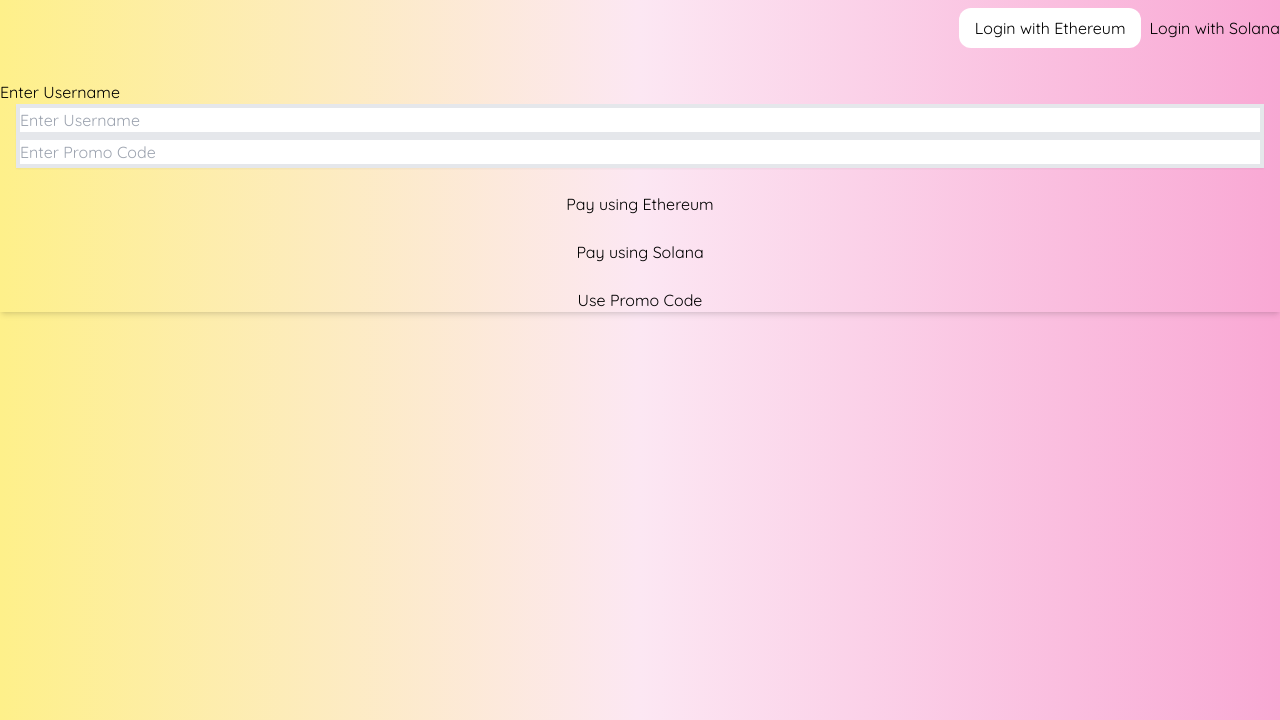
Repository: 22shivam/Polychain
Page: / (app in frontend/)
The author's editor kept a copy of each file at every save. The page is drawn from the files as they stood at one save, then again after the next save.
The browser window is 1280 px wide. The pictures show the whole page.
The page's requests for data from a server got no answer. The project was rebuilt for these pictures with package versions that can differ from the ones it lists, and the page was loaded fresh each time. The framework's server and built-in components were replaced by stand-ins that run in the browser. No one was signed in, and anything a server would have sent is missing. Also part of the build but not shown: frontend/next.config.js.

Above is the page before, as saved 2022-01-01 11:43:59.

### frontend/pages/_app.js
import React from 'react';
import '../styles/globals.css'
import { useState, createContext } from 'react';

const UserContext = createContext({
  userAccount: "",
  setUserAccount: () => { }
});

function MyApp({ Component, pageProps }) {
  const [userAccount, setUserAccount] = useState({});
  const value = { userAccount, setUserAccount };
  console.log(userAccount)


  return (
    <UserContext.Provider value={value}>
      <Component {...pageProps} />
    </UserContext.Provider>
  )
}

export default MyApp
export { UserContext };

### frontend/pages/_document.js
import Document, { Html, Head, Main, NextScript } from 'next/document'

class MyDocument extends Document {
    render() {
        return (
            <Html>
                <Head>
                    <link rel="preconnect" href="https://fonts.googleapis.com" />
                    <link rel="preconnect" href="https://fonts.gstatic.com" crossorigin />
                    <link href="https://fonts.googleapis.com/css2?family=Quicksand:wght@300;400;500;600;700&display=swap" rel="stylesheet" />
                </Head>
                <body className='bg-gradient-to-r from-yellow-200 via-pink-100 to-pink-300'>
                    <Main />
                    <NextScript />
                </body>
            </Html>
        )
    }
}

export default MyDocument

### frontend/pages/index.js
import { useState, useEffect, useContext } from "react";
import transferSOL from "../lib/transferSol";
import transferEth from "../lib/transferEth";
import createPostRequest from "../lib/createPostRequest";
import { ethers } from "ethers";
import Link from 'next/link'
import getSolanaProvider from "../lib/getSolanaProvider";
import { UserContext } from "./_app";
import * as web3 from "@solana/web3.js";

export default function App() {
    console.log("rerendering")
    const [username, setUsername] = useState("")
    const [promoCode, setPromoCode] = useState("");
    const { userAccount, setUserAccount } = useContext(UserContext);

    const handleLogout = async () => {
        console.log(userAccount.blockchain)
        if (userAccount.blockchain == "sol") {
            window.solana.disconnect()
        }
        const response = await fetch("http://localhost:3001/logout", {
            credentials: 'include'
        })

        const processedResponse = await response.json()
        console.log(processedResponse)
        setUserAccount({})
    }

    useEffect(() => {
        // ask them to login either through solana or eth
        (async () => {
            console.log("fetching username details")
            const response = await fetch("http://localhost:3001/isLoggedIn", {
                credentials: 'include'
            })
            const processedResponse = await response.json()
            console.log("processedResponse", processedResponse)
            if (!processedResponse.isLoggedIn) {
                return console.log("please login first")
            } else {
                setUserAccount({ address: processedResponse.address, blockchain: processedResponse.blockchain })
            }
        })()
    }, [])

    useEffect(() => {
        if (window.ethereum) {
            window.ethereum.on('accountsChanged', handleLogout);
        }
        if (window.solana) {
            window.solana.on("disconnect", handleLogout)
        }
        return () => {
            if (window.ethereum) {
                window.ethereum.removeListener('accountsChanged', handleLogout);
            }
            if (window.solana) {
                window.solana.removeListener("disconnect", handleLogout);
            }
        }
    }, [])

    const registerUsingPromoCode = async (e) => {

        if (!window.ethereum)
            throw new Error("No Ethereum Crypto wallet found. Please install it.");
        // await window.ethereum.send("eth_requestAccounts");
        // const accounts = await window.ethereum.request({ method: 'eth_accounts' });
        if (!userAccount.address) {
            // ask them to login either through solana or eth
            return console.log("please login first")
        }

        const requestObject = {
            username,
            promoCode,
            address: userAccount.address,
            blockchain: userAccount.blockchain
        }

        try {
            const registrationResponse = await createPostRequest("http://localhost:3001/register/promo", requestObject)
            console.log(registrationResponse)
        } catch (err) { console.log("registration failed:", err) }

    }

    const registerUsingSolana = async (e) => {
        const coinbaseResponse = await fetch("https://api.coinbase.com/v2/exchange-rates")
        const data = await coinbaseResponse.json()
        const solPerUSD = data.data.rates.SOL
        const SOLpayValue = solPerUSD * 5
        const hash = await transferSOL(SOLpayValue, "AA6bqLgTzYPpFFH2R9XLdudibWcemLkKDRtZmPQEsEiS", setUserAccount);
        if (!hash) { return }

        const requestObject = {
            hash,
            username
        }

        try {
            const registrationResponse = await createPostRequest("http://localhost:3001/register/sol", requestObject)
            console.log(registrationResponse)
        } catch (err) { console.log("registration failed:", err) }


    }

    const registerUsingEthereum = async (e) => {
        // make get request to https://api.coinbase.com/v2/exchange-rates
        // get the USD value of ETH
        const coinbaseResponse = await fetch("https://api.coinbase.com/v2/exchange-rates")
        const data = await coinbaseResponse.json()
        const ethPerUSD = data.data.rates.ETH
        const ETHpayValue = ethPerUSD * 5

        const tx = await transferEth({
            ether: ETHpayValue.toString(),
            addr: "0x76aEB5092D8eabCec324Be739b8BA5dF473F0055"
        }, setUserAccount)
        if (!tx) { return }

        const requestObject = {
            tx,
            username
        }
        try {
            const registrationResponse = await createPostRequest("http://localhost:3001/register/eth", requestObject)
            console.log(registrationResponse)
        } catch (err) { console.log("registration failed:", err) }
    }

    const ethLogin = async (e) => {
        try {
            if (!window.ethereum)
                throw new Error("No Ethereum Crypto wallet found. Please install it.");
            // await window.ethereum.send("eth_requestAccounts");
            // const accounts = await window.ethereum.request({ method: 'eth_accounts' });
            const accounts = await window.ethereum.request({
                method: "wallet_requestPermissions",
                params: [{
                    eth_accounts: {}
                }]
            }).then(() => ethereum.request({
                method: 'eth_requestAccounts'
            }))
            // const accounts = await ethereum.request({ method: "eth_requestAccounts" })
            const provider = new ethers.providers.Web3Provider(window.ethereum);
            const signer = provider.getSigner();
            const message = `Logging in.... \n \n Random ID: ${Math.random().toString(36).slice(2)}`
            const signature = await signer.signMessage(message)
            const requestObject = {
                signature,
                message,
                address: accounts[0]
            }
            const loginResponse = await createPostRequest("http://localhost:3001/login/eth", requestObject)

            if (loginResponse.success) {
                setUserAccount({ address: accounts[0], blockchain: "eth" })
            }

            console.log(loginResponse)
        } catch (err) { console.log(err) }

    }

    const solLogin = async (e) => {
        try {
            const provider = await (async () => {
                if ("solana" in window) {
                    // await window.solana.request({ method: "disconnect" });
                    await window.solana.connect();
                    const provider = window.solana;
                    console.log("Is Phantom installed?  ", provider.isPhantom);
                    return provider
                } else {
                    window.open("https://www.phantom.app/", "_blank");
                }
            })()
            const message = `Logging in.... \n \n Random ID: ${Math.random().toString(36).slice(2)}`
            const encodedMessage = new TextEncoder().encode(message);
            const signedMessage = await window.solana.signMessage(encodedMessage, "utf8")
            console.log(JSON.parse(JSON.stringify(signedMessage.publicKey)).toString())
            console.log(signedMessage.publicKey.toBase58()) // returns publickey in base58.
            console.log(new web3.PublicKey(signedMessage.publicKey.toBase58()))
            console.log(Object.getPrototypeOf(signedMessage.publicKey))
            console.log(signedMessage.publicKey)
            console.log(signedMessage.publicKey)
            console.log(signedMessage.publicKey._bn)
            console.log(signedMessage)
            console.log(JSON.stringify(signedMessage))


            const requestObject = {
                signedMessage: signedMessage,
                message,
                address: signedMessage.publicKey.toBytes(),
                publicKey: signedMessage.publicKey.toBase58()

            }
            const loginResponse = await createPostRequest("http://localhost:3001/login/sol", requestObject)

            if (loginResponse.success) {
                setUserAccount({ address: signedMessage.publicKey.toString(), blockchain: "sol" })
            }

            console.log(loginResponse)
        } catch (err) { console.log(err) }
    }


    return (
        <div className="flex flex-col shadow-md">
            <div className="flex flex-row" id="nav_bar">
                <div className="grow-0" id="left_nav_bar"> </div>
                <div className="grow" id="spacer">  </div>
                <div className="grow-0" id="right_nav_bar">
                    {userAccount.address ?
                        <div>
                            <h1><Link href="/dashboard">Dashboard</Link></h1>
                            <button onClick={handleLogout}>Logout</button>
                        </div>
                        : (
                            <div>
                                <button className="px-4 py-2 hover:shadow-md bg-white rounded-xl m-2" onClick={ethLogin}>Login with Ethereum</button>
                                <button onClick={solLogin}>Login with Solana</button>
                            </div>
                        )}


                </div>
            </div>

            <br />
            <h1> Enter Username </h1>
            <input value={username} onChange={(e) => { setUsername(e.target.value) }} className="shadow-sm mr-4 ml-4 border-4" name="ether" type="text" placeholder="Enter Username" />
            <input value={promoCode} onChange={(e) => { setPromoCode(e.target.value) }} className="shadow-sm mr-4 ml-4 border-4" name="ether" type="text" placeholder="Enter Promo Code" />
            <br />
            <button onClick={registerUsingEthereum}>Pay using Ethereum</button>
            <br />
            <button onClick={registerUsingSolana}>Pay using Solana</button>
            <br />
            <button onClick={registerUsingPromoCode}>Use Promo Code</button>
        </div>

    );
}

### frontend/styles/globals.css
@tailwind base;
@tailwind components;
@tailwind utilities;

html,
body {
  padding: 0;
  margin: 0;
  font-family: Quicksand, -apple-system, BlinkMacSystemFont, Segoe UI, Roboto, Oxygen,
    Ubuntu, Cantarell, Fira Sans, Droid Sans, Helvetica Neue, sans-serif;
}

a {
  color: inherit;
  text-decoration: none;
}

* {
  box-sizing: border-box;
}

### frontend/lib/transferSol.js
import getSolanaProvider from "./getSolanaProvider";
import * as web3 from '@solana/web3.js';

export default async function transferSOL(solAmount, toAddr, setUserAccount) {
    // Detecing and storing the phantom wallet of the user (creator in this case)
    var provider = await getSolanaProvider();

    // Establishing connection
    var connection = new web3.Connection(
        web3.clusterApiUrl('devnet'), // change to mainnet-beta when deploying
    );
    var recieverWallet = new web3.PublicKey(toAddr);
    console.log("pblickey of sender", provider.publicKey)
    var transaction = new web3.Transaction().add(
        web3.SystemProgram.transfer({
            fromPubkey: provider.publicKey,
            toPubkey: recieverWallet,
            lamports: solAmount * web3.LAMPORTS_PER_SOL
        }),
    );

    // Setting the variables for the transaction
    transaction.feePayer = await provider.publicKey;
    let blockhashObj = await connection.getRecentBlockhash();
    transaction.recentBlockhash = await blockhashObj.blockhash;
    // Request creator to sign the transaction (allow the transaction)
    let signed = await provider.signTransaction(transaction);
    // The signature is generated
    let hash = await connection.sendRawTransaction(signed.serialize());
    console.log(hash)
    // Confirm whether the transaction went through or not
    if (setUserAccount) {
        setUserAccount({ address: provider.publicKey, blockchain: "sol" })
    }
    await connection.confirmTransaction(hash);
    return hash
}

### frontend/lib/transferEth.js
import { ethers } from 'ethers'
import { toBn } from 'evm-bn';

const transferEth = async ({ ether, addr }, setUserAccount) => {
    try {
        if (!window.ethereum)
            throw new Error("No crypto wallet found. Please install it.");

        const accounts = await ethereum.request({ method: "eth_requestAccounts" })
        // await window.ethereum.request({ method: 'eth_accounts' });
        const provider = new ethers.providers.Web3Provider(window.ethereum);
        const signer = provider.getSigner();
        const tx = await signer.sendTransaction({
            to: addr,
            value: toBn(ether)
        });
        if (setUserAccount) {
            setUserAccount({ address: accounts[0], blockchain: "eth" })
        }
        return tx
    } catch (err) {
        alert(err.message)
    }
};

export default transferEth

### frontend/lib/createPostRequest.js

const createPostRequest = async (url, requestObject) => {
    const response = await fetch(url, {
        method: 'POST', // *GET, POST, PUT, DELETE, etc.
        mode: 'cors', // no-cors, *cors, same-origin
        cache: 'no-cache', // *default, no-cache, reload, force-cache, only-if-cached
        credentials: 'include', // include, *same-origin, omit
        headers: {
            'Content-Type': 'application/json'
            // 'Content-Type': 'application/x-www-form-urlencoded',
        },
        redirect: 'follow', // manual, *follow, error
        referrerPolicy: 'no-referrer', // no-referrer, *no-referrer-when-downgrade, origin, origin-when-cross-origin, same-origin, strict-origin, strict-origin-when-cross-origin, unsafe-url
        body: JSON.stringify(requestObject) // body data type must match "Content-Type" header
    });

    const processedResponse = await response.json();

    return processedResponse
}

export default createPostRequest;

### frontend/lib/getSolanaProvider.js
const getSolanaProvider = async () => {
    if ("solana" in window) {
        await window.solana.connect();
        const provider = window.solana;
        if (provider.isPhantom) {
            console.log("Is Phantom installed?  ", provider.isPhantom);
            return provider;
        }
    } else {
        window.open("https://www.phantom.app/", "_blank");
    }
};

export default getSolanaProvider;

Loaded but not shown: frontend/tailwind.config.js (common file)

After the next save:
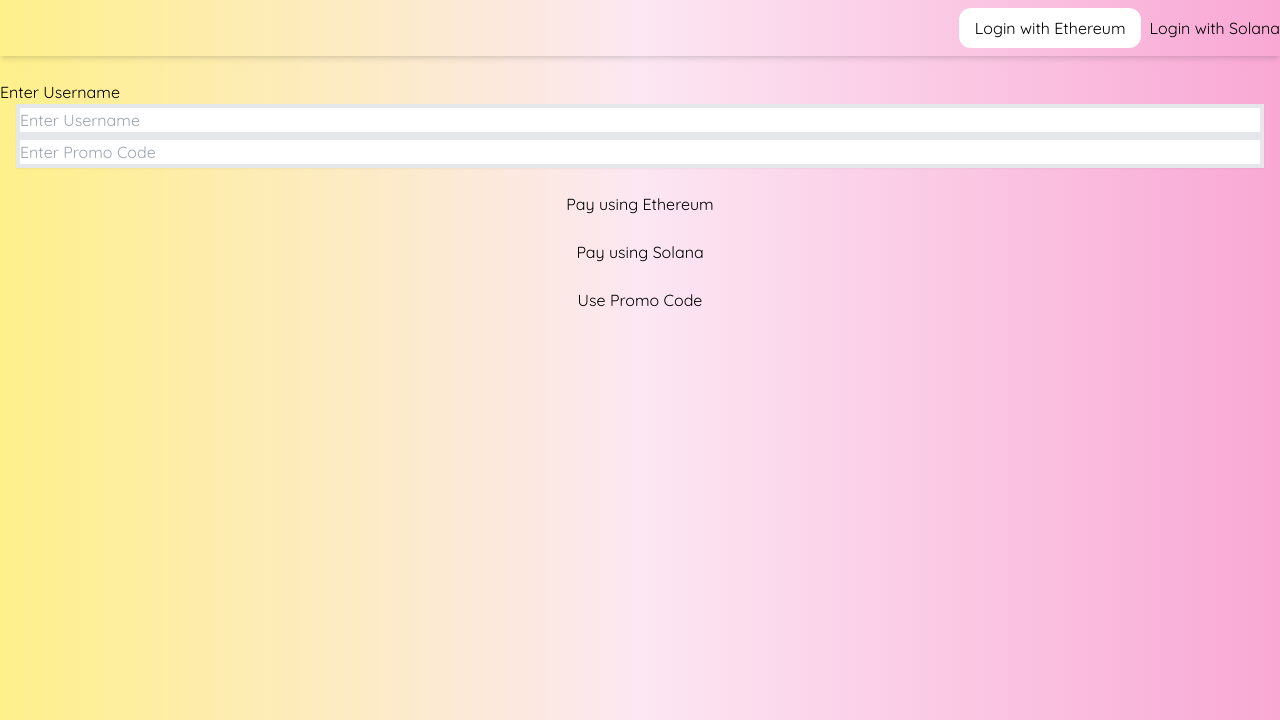
Saved 5 s later.
--- a/frontend/pages/index.js
+++ b/frontend/pages/index.js
@@ -213,8 +213,8 @@ export default function App() {
 
 
     return (
-        <div className="flex flex-col shadow-md">
-            <div className="flex flex-row" id="nav_bar">
+        <div className="flex flex-col">
+            <div className="flex flex-row shadow-md" id="nav_bar">
                 <div className="grow-0" id="left_nav_bar"> </div>
                 <div className="grow" id="spacer">  </div>
                 <div className="grow-0" id="right_nav_bar">
